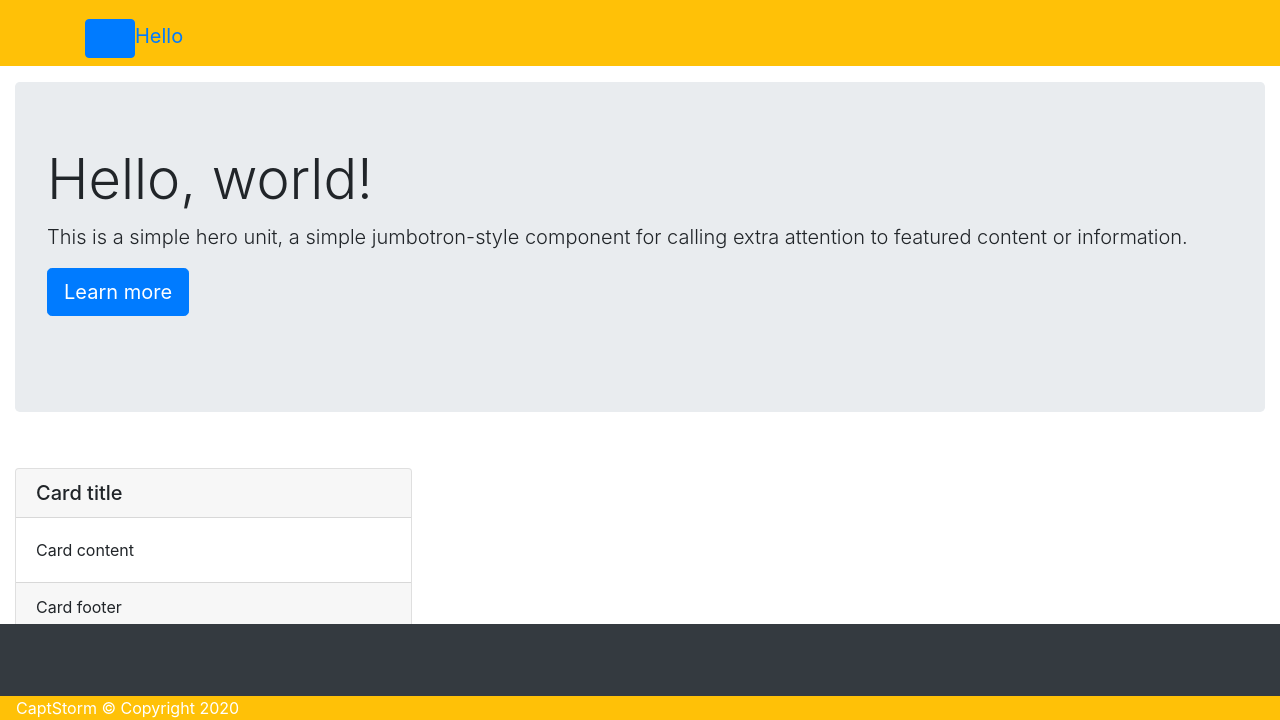
Repository: CaptainStorm21/complete-react16-bootstrap-passing-props
Page: /
These files come from the project's save history. The page is drawn as it stood at one moment and after the next save; the edit follows.
The browser window is 1280 px wide. The pictures show the whole page.
The project was rebuilt for these pictures with package versions that can differ from the ones it lists, and the page was loaded fresh each time.

Above is the page before, as saved 2020-04-23 14:06:00.

After the next save:
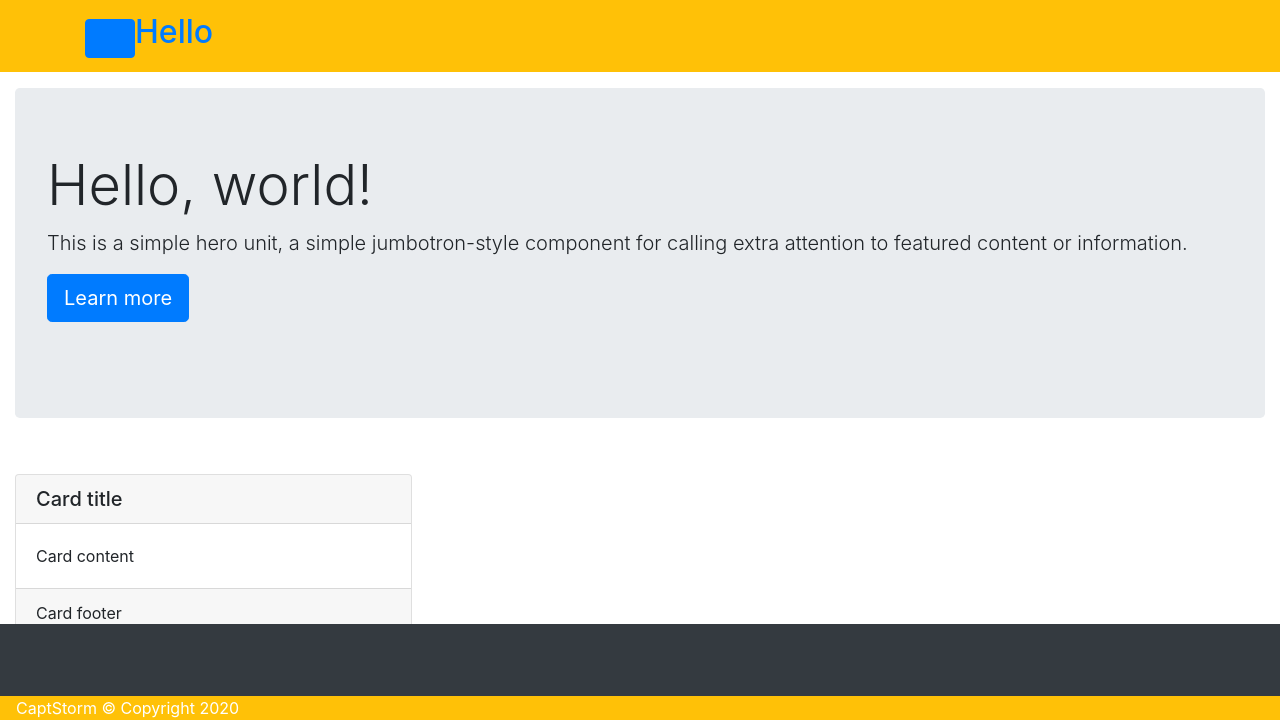
Saved 5 s later.
--- a/src/components/layout/Navbar.js
+++ b/src/components/layout/Navbar.js
@@ -12,7 +12,7 @@ function Navbar() {
           <span className="icon-bar"></span>
           <span className="icon-bar"></span>
         </button>
-        <a href="#/" className="navbar-brand"><h2></h2>Hello</a>
+        <a href="#/" className="navbar-brand"><h2>Hello</h2></a>
       </div>
       <div className="collapse navbar-collapse navbar-ex1-collapse">
 
